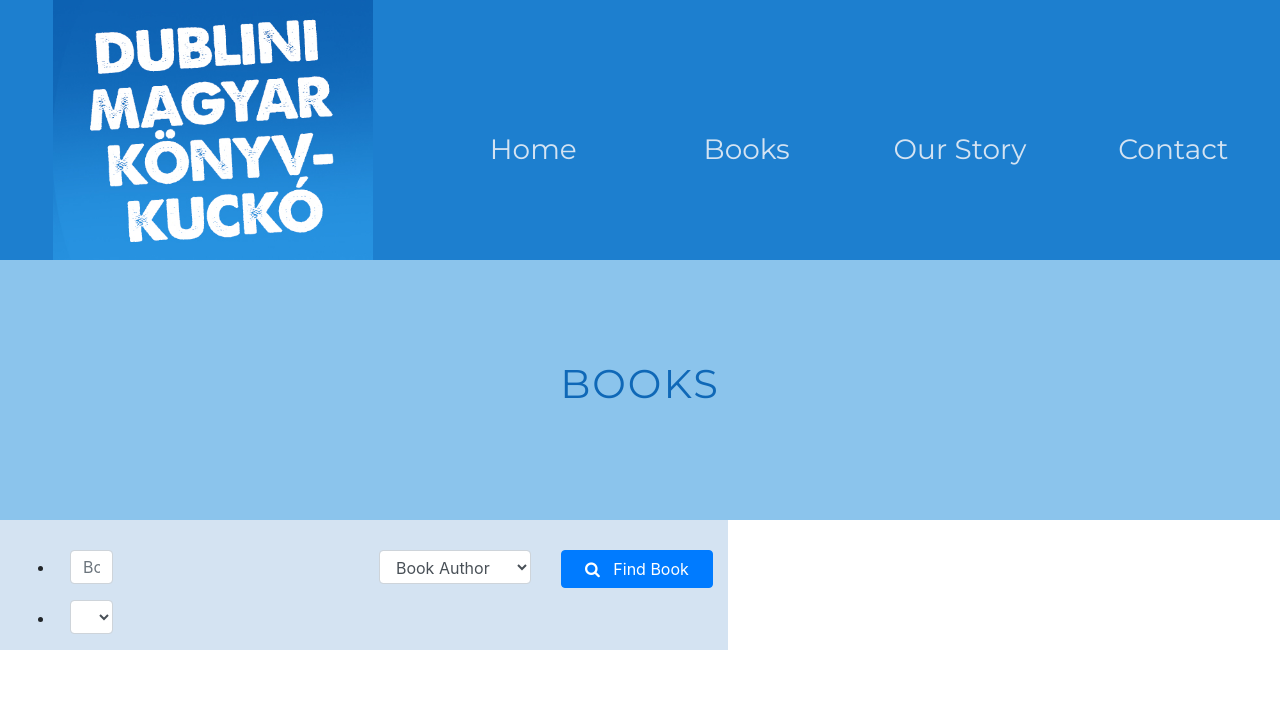
Repository: taikatta/Konyvkucko
Page: books.html
The author's editor kept a record of every edit. The page is drawn from the files as they stood at one moment, then again after the next edit.
The browser window is 1280 px wide. The pictures show the whole page.

Above is the page before.

After the next edit:
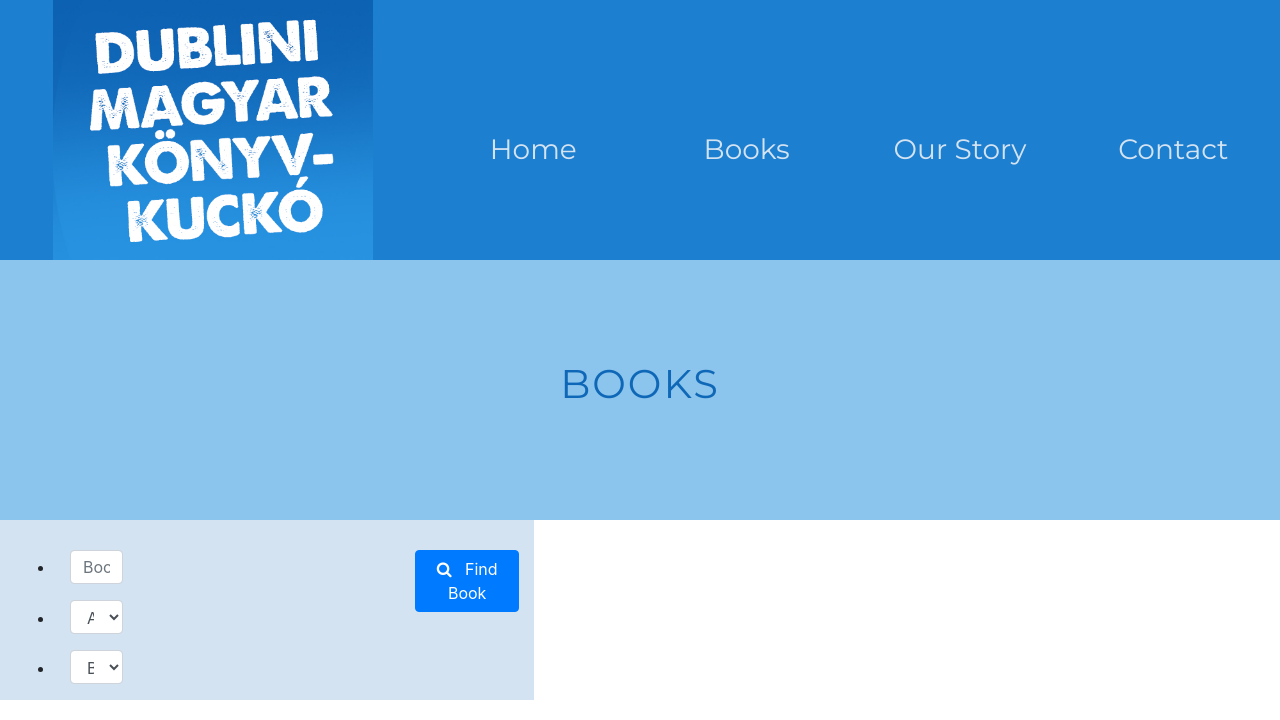
The edit:
--- a/books.html
+++ b/books.html
@@ -70,8 +70,8 @@
                                         <option class="level-1" value="2-5">2 - 5 years old</option>
                                     </select>
                                     </div>
-                                </div>
-                                <div class="col-sm-6 col-md-3">
+                                </li>
+                                <li class="col-sm-6 col-md-3">
                                     <div class="form-group">
                                         <select name="book_author" id="book-author" class="form-control">
                                         <option value="0">Book Author</option>
